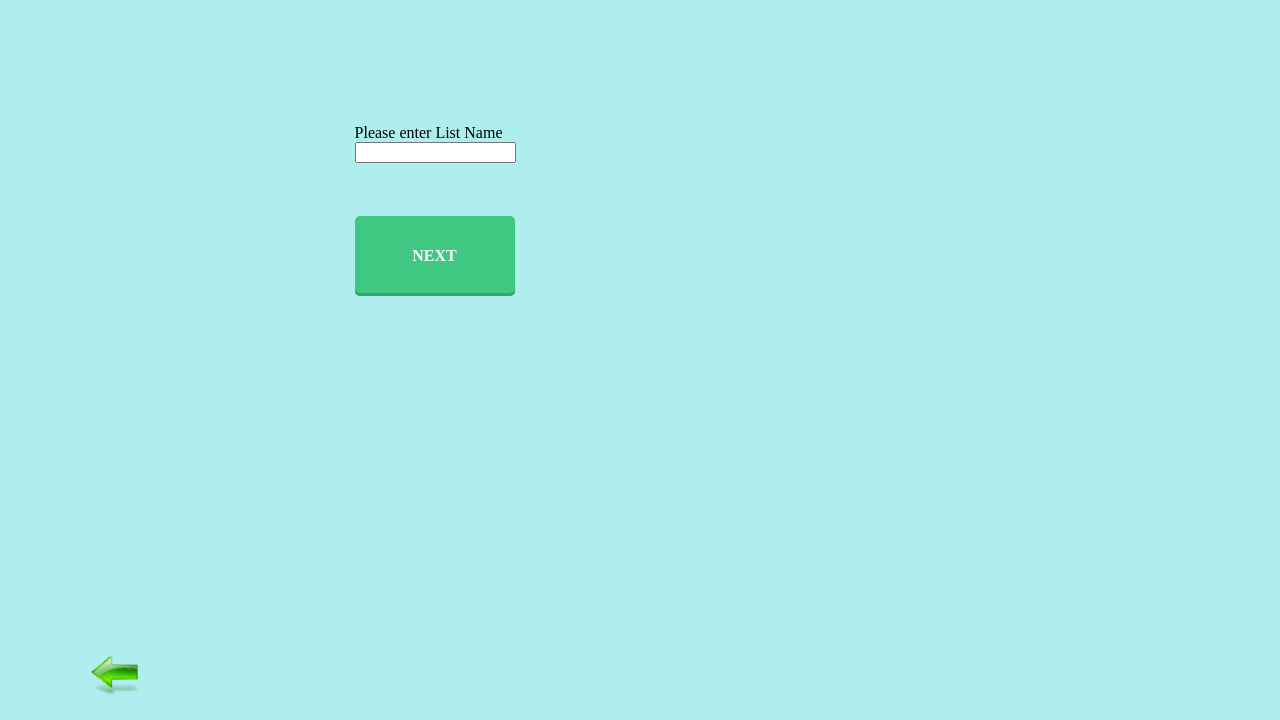
Repository: Artem-Brunov/msu_prac
Page: workspace/BasicUI/NewWithoutTr.html
The author's editor kept a copy of each file at every save. The page is drawn from the files as they stood at one save, then again after the next save.
The browser window is 1280 px wide. The pictures show the whole page.

Above is the page before, as saved 2017-12-26 19:04:40.

### workspace/BasicUI/NewWithoutTr.html
<!DOCTYPE html>
<html>
<head>
  <meta charset="utf-8" />
    <meta name="viewport" content="width=device-width, initial-scale=1.0, maximum-scale=1.0">
    <meta name="description" content="Tizen Mobile Web Basic Template" />

    <title>Tizen Mobile Web Basic Application</title>
    <link rel="stylesheet" type="text/css" href="css/NewPlaylist.css" />
    <link rel="stylesheet" type="text/css" href="css/style.css" />
</head>
<body>
<div class = "listn">
	<form name="test">
  		<p>Please enter List Name<br>
   			<input type="text" size="17">
  		</p>
 </div>

 	</form>

	<div class = "Add">
		<a href = "" class = "first_button">NEXT</a>
	</div>
	<div class = "BBack">
			<a href = "NewSettings.html"><img src="images/Back.png" width="50"
  height="50" alt="One step back"></a>
	</div>
</body>
</html>

### workspace/BasicUI/css/NewPlaylist.css
.Return {
	position: absolute;
  	top: 24%;
  	left:50%;

}
.Add {
	position: absolute;
  	top: 30%;
  	left: 27.7%;
}
.listn {
	position: absolute;
  	top: 15%;
  	left: 27.7%;
}
.BBack{
	position: absolute;
  	top: 90%;
  	left: 7%;
}
.Settings{
	position: absolute;
	left: 18%;
	top: 10%;
 	color: Gray;
}
.take_1{
	position: absolute;
	left: 6%;
	top: 3%;
}
.take_2{
	position: absolute;
	right: 6%;
	top: 3%;
}
.FP{
	position: absolute;
	left: 27.7%;
	top: 60%;
}
.FP_2{
	position: absolute;
	right: 27.7%;
	top: 75%;
}

### workspace/BasicUI/css/style.css
html,
body {
    width: 100%;
    height: 100%;
    margin: 0 auto;
    padding: 0;
    background: PaleTurquoise;
 }
 .titl{

 	position: absolute;
 	left: 25.5%;
 	top: 10%;
 	color: Gray;
 }
 a.first_button {

	display: block;
	width: 160px;
	height: 80px;
  	line-height: 5em;
	border-radius: 5px;
 	background: rgb(64,199,129);
	box-shadow: 0 -3px rgb(53,167,110) inset;
	font-weight: 900;
  	color: white;
  	text-align: center;
  	text-decoration: none;
  	transition: 0.2s;
}
a.first_button:hover { background: rgb(53, 167, 110); }
a.first_button:active {
  background: rgb(33,147,90);
  box-shadow: 0 3px rgb(33,147,90) inset;
}
.New {
	position: absolute;
  	top: 47%;
  	left: 27.7%;

}
.Select {
	position: absolute;
  	top: 64%;
  	left: 27.7%;

}
.FastPlay {
	position: absolute;
  	top: 30%;
  	left: 27.7%;

}

After the next save:
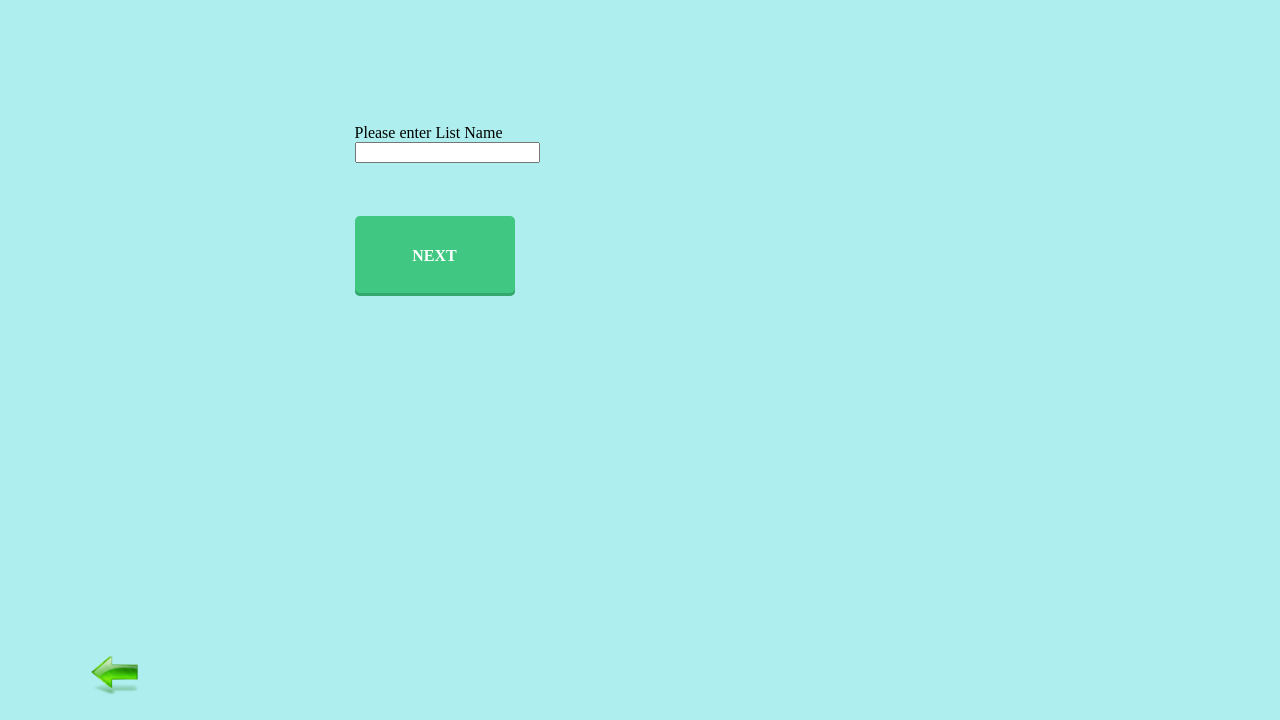
Saved 8 s later.
--- a/workspace/BasicUI/NewWithoutTr.html
+++ b/workspace/BasicUI/NewWithoutTr.html
@@ -13,7 +13,7 @@
 <div class = "listn">
 	<form name="test">
   		<p>Please enter List Name<br>
-   			<input type="text" size="17">
+   			<input type="text" size="20">
   		</p>
  </div>
 
